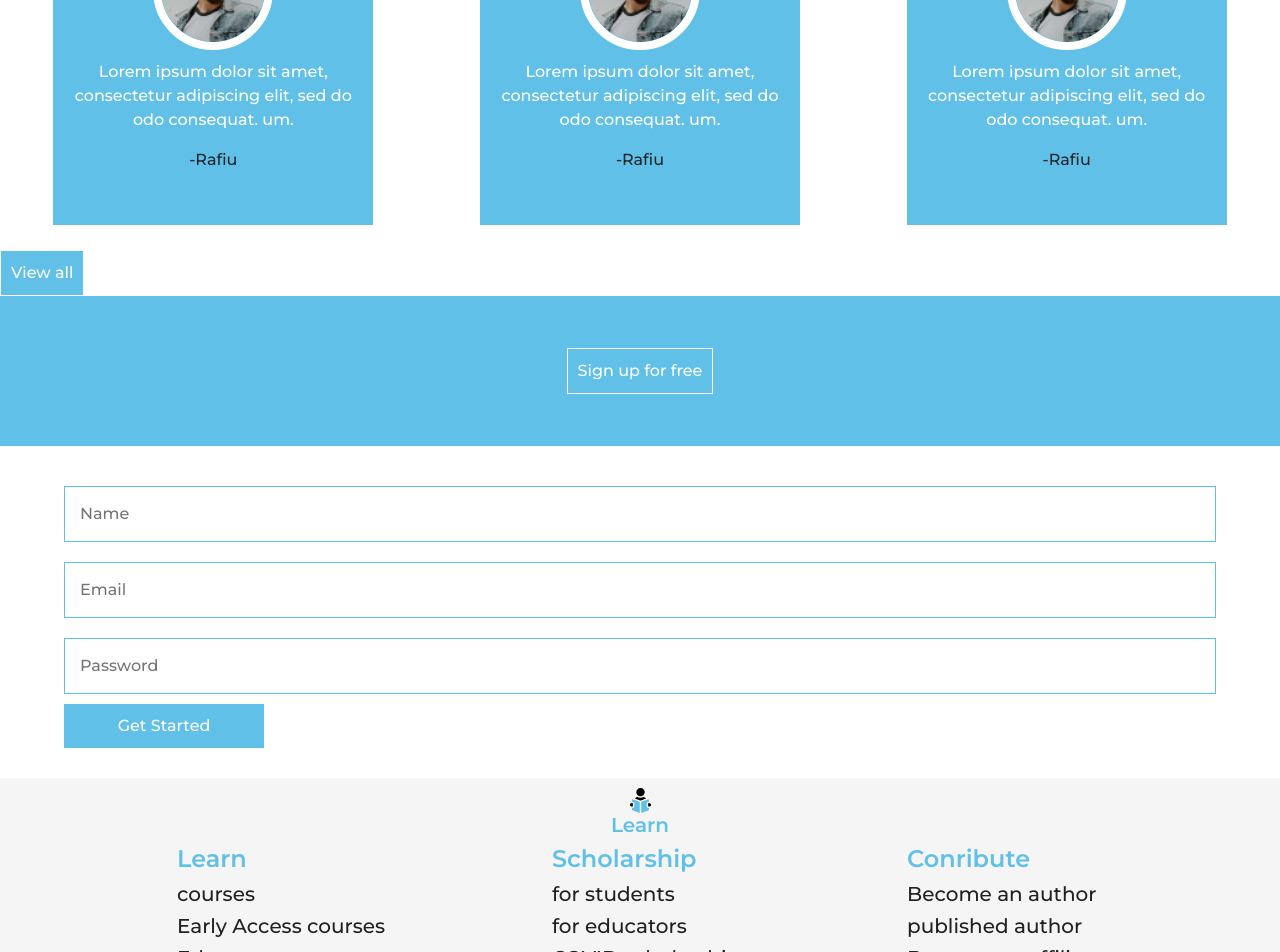
Repository: TiaraOluwanimi/team5
Page: tutor.html
The author's editor kept a copy of each file at every save. The page is drawn from the files as they stood at one save, then again after the next save.
The browser window is 1280 px wide. The pictures show the part of the page from y = 2088 to 3040 px (the page is 3152 px tall before and 3256 px after).
A picture or video elsewhere on the page could not be fetched, so the positions and the page height are approximate. Some web libraries are served in a nearby version.

Above is the page before, as saved 2020-08-08 12:04:05.

After the next save:
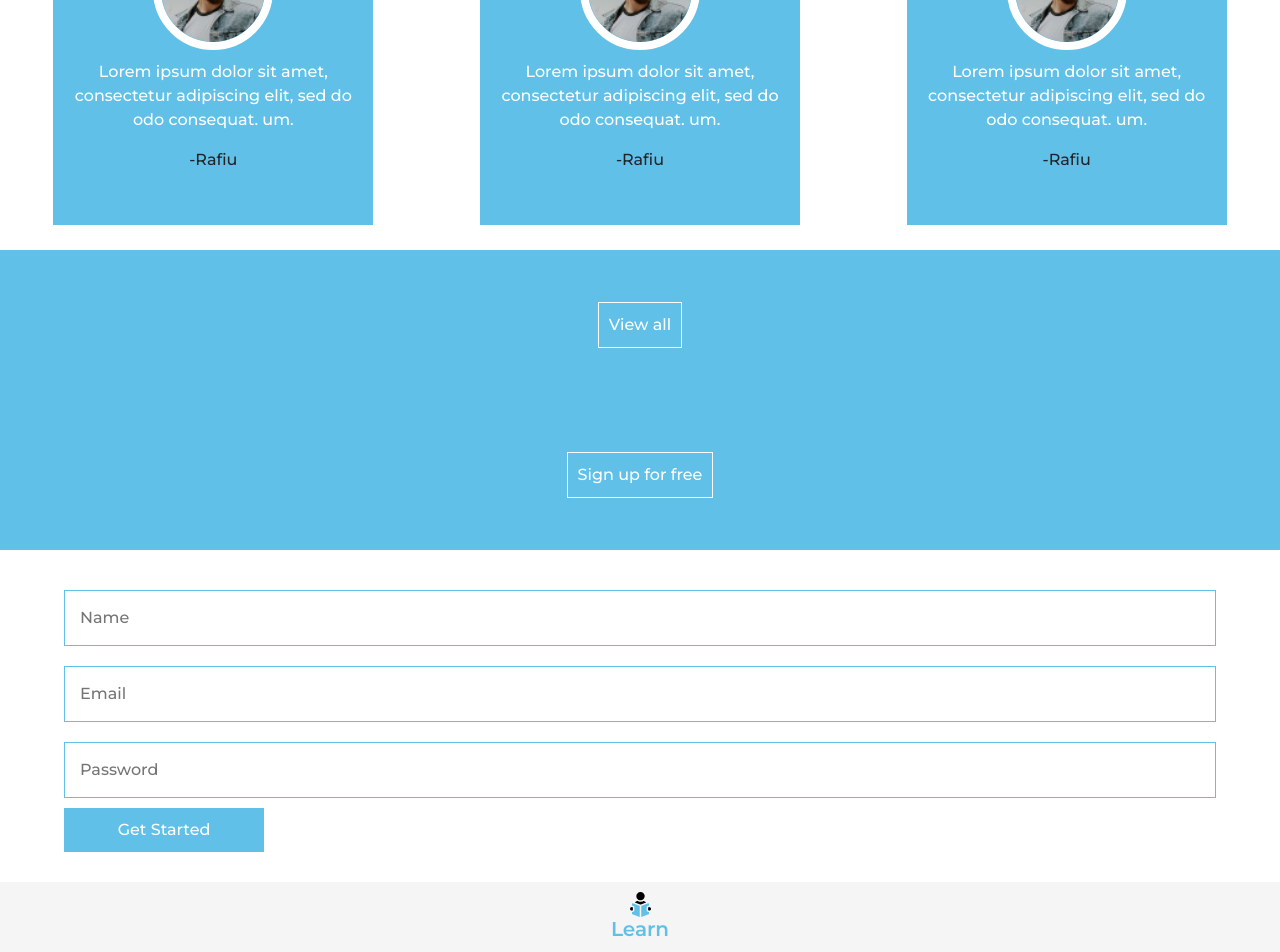
Saved 8 s later.
--- a/assets/css/testimonial.css
+++ b/assets/css/testimonial.css
@@ -57,7 +57,7 @@
     color:#60C0E8;
   ;
 }
-#sign-button{
+#view-all-button{
     background: #60C0E8;
     width:100%;
     height:150px;
